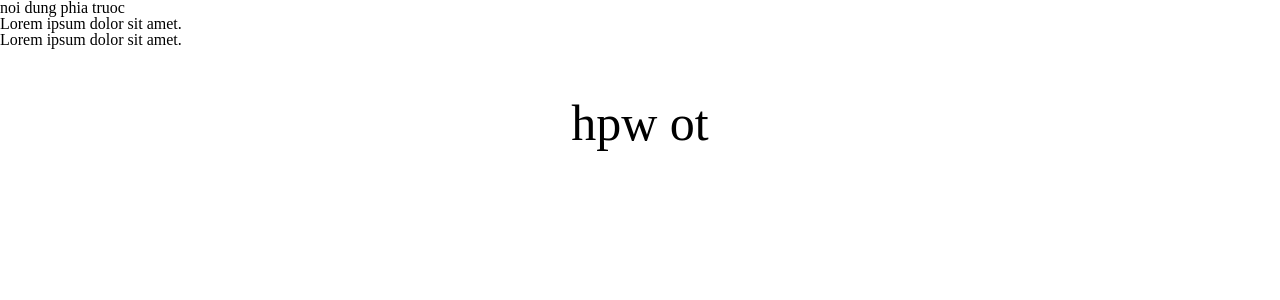
Repository: hoang71299/fe_26
Page: noti/index.html
These files come from the project's save history. The page is drawn as it stood at one moment and after a run of saves; the edit follows.
The browser window is 1280 px wide. The pictures show the whole page.

Above is the page before, as saved 2023-04-07 00:08:24.

### noti/index.html
<!DOCTYPE html>
<html lang="en">
<head>
  <meta charset="UTF-8">
  <meta http-equiv="X-UA-Compatible" content="IE=edge">
  <meta name="viewport" content="width=device-width, initial-scale=1.0">
  <title>Document</title>
  <link rel="stylesheet" href="style.css">
</head>
<body>
  <div class="box">
    <p>Lorem ipsum dolor sit amet.</p>
    <p>Lorem ipsum dolor sit amet.</p>
  </div>
  <h2 class="heading">hpw ot</h2>
</body>
</html>

### noti/style.css
*,
*:before,
*:after {
  box-sizing: border-box;
}
* {
  margin: 0;
  padding: 0;
  font: inherit;
}
img,
picture,
svg,
video {
  display: block;
  max-width: 100%;
}
input,
select,
textarea {
  background-color: transparent;
  outline: none;
}
button {
  cursor: pointer;
  background-color: transparent;
  outline: none;
  border: 0;
}
ul,ol{
  list-style: none;
}
body {
  min-height: 100vh;
  font-weight: 400;
  font-size: 16px;
  line-height: 1;
}
.box::before{
  content: "noi dung phia truoc";
}
.heading{
  text-align: center;
  font-size: 50px;
  margin-top: 50px;


}

.heading::before{
  position: relative;
  top:-10px;
  content: "";
  width: 12px;
  height: 12px;
  border-radius: 50%;
  background-color: orange;
}

After the next 2 saves:
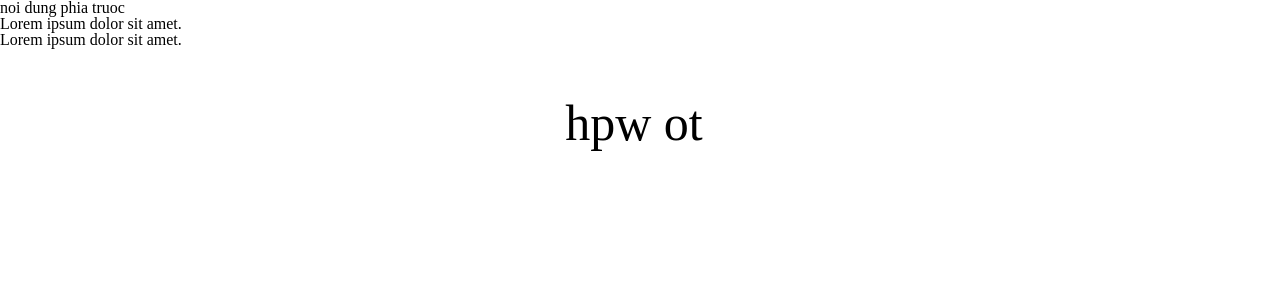
The 2 saves are shown as one change because they came seconds apart.
The last was saved 32 s later.
--- a/noti/style.css
+++ b/noti/style.css
@@ -50,6 +50,7 @@
 .heading::before{
   position: relative;
   top:-10px;
+  margin-right: -12px;
   content: "";
   width: 12px;
   height: 12px;
